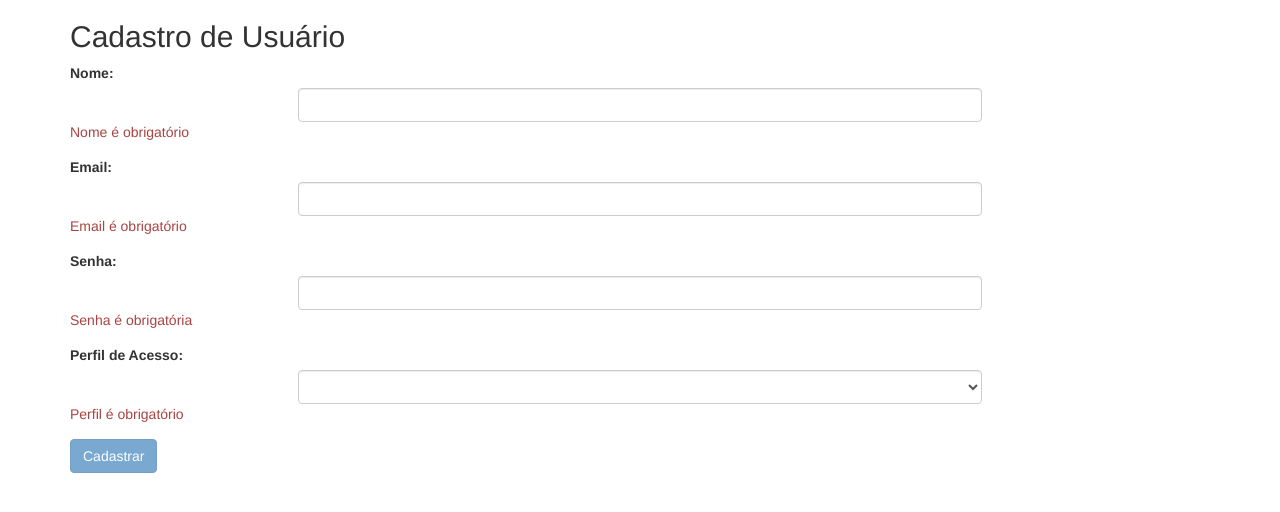
Repository: AndersonSchinemann/ProjetoSaas
Page: TopData/src/main/resources/static/views/cadastro.html
The author's editor kept a copy of each file at every save. The page is drawn from the files as they stood at one save, then again after the next save.
The browser window is 1280 px wide. The pictures show the whole page.

Above is the page before, as saved 2023-11-13 16:39:04.

### TopData/src/main/resources/static/views/cadastro.html
<!-- Adicione Bootstrap CSS e AngularJS -->
<link rel="stylesheet" href="https://maxcdn.bootstrapcdn.com/bootstrap/3.3.7/css/bootstrap.min.css">

<!-- Adicione ng-bootstrap CSS e JavaScript -->
<!--<link rel="stylesheet" href="https://maxcdn.bootstrapcdn.com/bootstrap/4.5.2/css/bootstrap.min.css">-->
<script src="https://ajax.googleapis.com/ajax/libs/angularjs/1.8.2/angular.min.js"></script>
<!--<script src="https://cdnjs.cloudflare.com/ajax/libs/angular-ui-bootstrap/3.0.6/ui-bootstrap-tpls.min.js"></script>-->
<style>
  /* Adicione um estilo personalizado para ajustar a largura dos inputs */
  .custom-width-input {
    width: 60%; /* Largura desejada */
    margin: auto; /* Para centralizar horizontalmente */
  }
</style>
<!-- Seus scripts Angular -->
<script src="js/controllerCad.js"></script>

<div class="container text-left" ng-app="CadastroApp" ng-controller="CadastroController">
  <h2>Cadastro de Usuário</h2>

  <form name="formulario" ng-app>
    <div class="form-group text-left">
      <label for="nome">Nome:</label>
      <input type="text" class="form-control custom-width-input" id="nome" ng-model="usuario.nome" name="nome" required>
      <span ng-class="{'text-danger': formulario.nome.$error.required}" ng-show="formulario.nome.$error.required">Nome é obrigatório</span>
    </div>

    <div class="form-group text-left">
      <label for="email">Email:</label>
      <input type="email" class="form-control custom-width-input" id="email" ng-model="usuario.email" name="email" required>
      <span ng-class="{'text-danger': formulario.email.$error.required}" ng-show="formulario.email.$error.required">Email é obrigatório</span>
      <span ng-class="{'text-danger': formulario.email.$error.email}" ng-show="formulario.email.$error.email">E-mail inválido</span>
    </div>

    <div class="form-group text-left">
      <label for="senha">Senha:</label>
      <input type="password" class="form-control custom-width-input" id="senha" ng-model="usuario.senha" name="senha" required>
      <span ng-class="{'text-danger': formulario.senha.$error.required}" ng-show="formulario.senha.$error.required">Senha é obrigatória</span>
    </div>

    <div class="form-group text-left">
      <label for="perfil">Perfil de Acesso:</label>
      <select class="form-control custom-width-input" id="perfil" ng-model="usuario.perfil" name="perfil" required>
        <option value="admin">Admin</option>
        <option value="usuario">Usuário</option>
      </select>
      <span ng-class="{'text-danger': formulario.perfil.$error.required}" ng-show="formulario.perfil.$error.required">Perfil é obrigatório</span>
    </div>

    <button type="button" class="btn btn-primary" ng-click="cadastrarUsuario()" ng-disabled="formulario.$invalid || formulario.$pristine">Cadastrar</button>
  </form>
</div>

### TopData/src/main/resources/static/js/controllerCad.js
var app = angular.module('CadastroApp',  []);

app.controller('CadastroController', function($scope, $http) {
    $scope.usuario = {};

    $scope.cadastrarUsuario = function() {
        // Aqui você pode enviar os dados para o backend (Spring Boot) usando $http.post
        // Exemplo:
       for (var key in $scope.usuario) {
        if (!$scope.usuario[key]) {
          // Exibe uma mensagem de erro informando qual campo está vazio
          alert('O campo ' + key + ' é obrigatório.');
          return;
        }
      }
      $http.post('/api/usuarios', $scope.usuario)
           .then(function(response) {
		        console.log(response.data);
		        // Exibir mensagem de sucesso
		        alert('Usuário cadastrado com sucesso!');
		    })
		    .catch(function(error) {
		        console.log(error);
		        // Exibir mensagem de erro
		        alert('Erro ao cadastrar usuário. Por favor, tente novamente JS.');
			});

	}

});

After the next save:
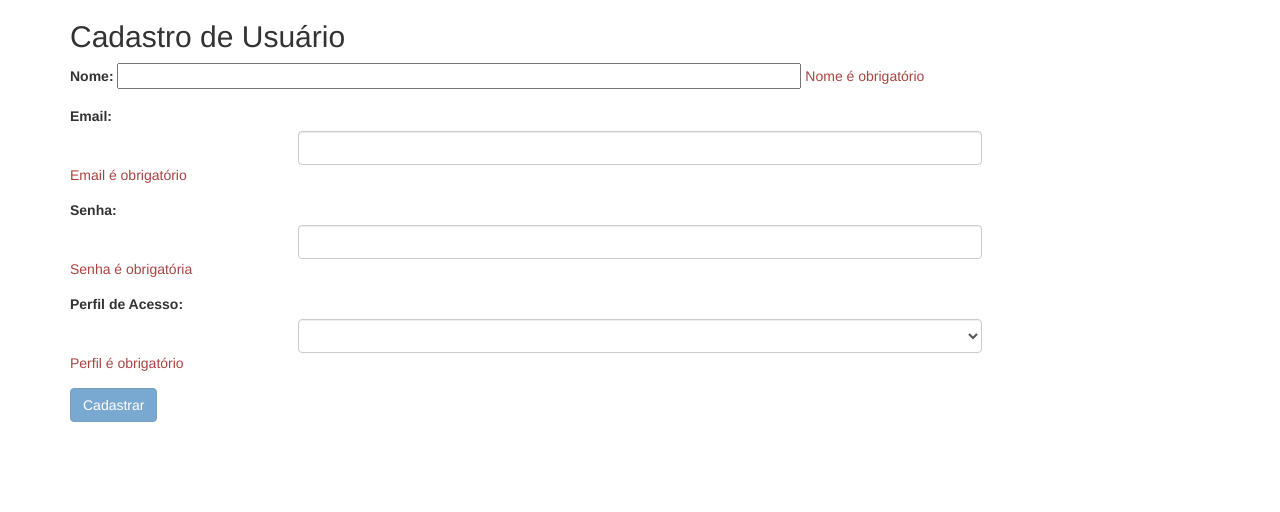
Saved 11 s later.
--- a/TopData/src/main/resources/static/views/cadastro.html
+++ b/TopData/src/main/resources/static/views/cadastro.html
@@ -21,7 +21,7 @@
   <form name="formulario" ng-app>
     <div class="form-group text-left">
       <label for="nome">Nome:</label>
-      <input type="text" class="form-control custom-width-input" id="nome" ng-model="usuario.nome" name="nome" required>
+      <input type="text" class="custom-width-input" id="nome" ng-model="usuario.nome" name="nome" required>
       <span ng-class="{'text-danger': formulario.nome.$error.required}" ng-show="formulario.nome.$error.required">Nome é obrigatório</span>
     </div>
 
